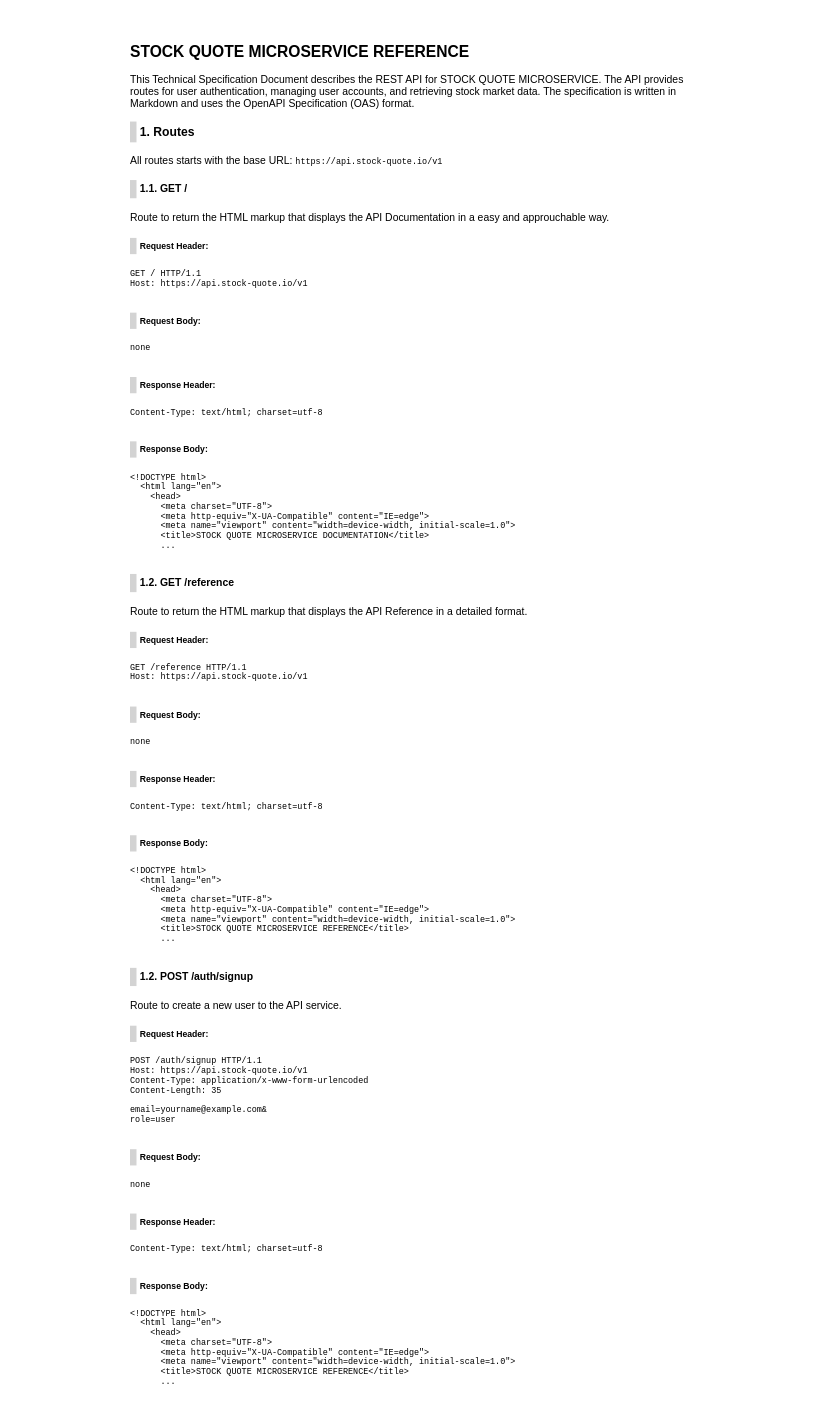
Repository: miguelamello/nest-js
Page: stock-service/reference.html
The author's editor kept a copy of each file at every save. The page is drawn from the files as they stood at one save, then again after a run of saves.
The browser window is 1280 px wide. The pictures show the whole page, at 65% of full size.

Above is the page before, as saved 2023-04-03 14:12:36.

### stock-service/reference.html
<!DOCTYPE html>
<html lang="en">
<head>
  <meta charset="UTF-8">
  <meta http-equiv="X-UA-Compatible" content="IE=edge">
  <meta name="viewport" content="width=device-width, initial-scale=1.0">
  <title>STOCK QUOTE MICROSERVICE REFERENCE</title>
  <style>
    body {
      font-family: Arial, Helvetica, sans-serif;
      padding: 3% 15%;
    }
    h3 {
      padding: 5px;
      border-left: 10px solid lightgrey;
    }
    H4 {
      padding: 5px;
      border-left: 10px solid lightgrey
    }
    H5 {
      padding: 5px;
      border-left: 10px solid lightgrey
    }
    pre {
      margin: 0;
      overflow: auto;
    }
  </style>
</head>
<body>
  <h2>STOCK QUOTE MICROSERVICE REFERENCE</h2>
  <p>
    This Technical Specification Document describes the REST API for STOCK QUOTE MICROSERVICE.
    The API provides routes for user authentication, managing user accounts, and retrieving stock market data.
    The specification is written in Markdown and uses the OpenAPI Specification (OAS) format.
  </p>

  <p>
    <h3>1. Routes</h3>
    <p>
      All routes starts with the base URL: <code>https://api.stock-quote.io/v1</code>
    </p>
  </p>

  <!-- 1.1. GET /  -->
  <p>
    <h4>1.1. GET /</h4>
    Route to return the HTML markup that displays the API
    Documentation in a easy and approuchable way.
  </p>
  <h5>Request Header:</h5>
  <pre>
GET / HTTP/1.1
Host: https://api.stock-quote.io/v1
  </pre>

  <h5>Request Body:</h5>
  <pre>
none
  </pre>

  <h5>Response Header:</h5>
  <pre>
Content-Type: text/html; charset=utf-8
  </pre>

  <h5>Response Body: </h5>

  <pre>
&lt;!DOCTYPE html&gt;
  &lt;html lang="en"&gt;
    &lt;head&gt;
      &lt;meta charset="UTF-8"&gt;
      &lt;meta http-equiv="X-UA-Compatible" content="IE=edge"&gt;
      &lt;meta name="viewport" content="width=device-width, initial-scale=1.0"&gt;
      &lt;title&gt;STOCK QUOTE MICROSERVICE DOCUMENTATION&lt;/title&gt;
      ...
  </pre>

  <!-- 1.2. GET /reference  -->
  <p>
    <h4>1.2. GET /reference</h4>
    Route to return the HTML markup that displays the API
    Reference in a detailed format.
  </p>
  <h5>Request Header:</h5>
  <pre>
GET /reference HTTP/1.1
Host: https://api.stock-quote.io/v1
  </pre>

  <h5>Request Body:</h5>
  <pre>
none
  </pre>

  <h5>Response Header:</h5>
  <pre>
Content-Type: text/html; charset=utf-8
  </pre>

  <h5>Response Body: </h5>

  <pre>
&lt;!DOCTYPE html&gt;
  &lt;html lang="en"&gt;
    &lt;head&gt;
      &lt;meta charset="UTF-8"&gt;
      &lt;meta http-equiv="X-UA-Compatible" content="IE=edge"&gt;
      &lt;meta name="viewport" content="width=device-width, initial-scale=1.0"&gt;
      &lt;title&gt;STOCK QUOTE MICROSERVICE REFERENCE&lt;/title&gt;
      ...
  </pre>

  <!-- 1.2. POST /auth/signup  -->
  <p>
    <h4>1.2. POST /auth/signup</h4>
    Route to create a new user to the API service.
  </p>
  <h5>Request Header:</h5>
  <pre>
POST /auth/signup HTTP/1.1
Host: https://api.stock-quote.io/v1
Content-Type: application/x-www-form-urlencoded
Content-Length: 35

email=yourname@example.com&
role=user
  </pre>

  <h5>Request Body:</h5>
  <pre>
none
  </pre>

  <h5>Response Header:</h5>
  <pre>
Content-Type: text/html; charset=utf-8
  </pre>

  <h5>Response Body: </h5>

  <pre>
&lt;!DOCTYPE html&gt;
  &lt;html lang="en"&gt;
    &lt;head&gt;
      &lt;meta charset="UTF-8"&gt;
      &lt;meta http-equiv="X-UA-Compatible" content="IE=edge"&gt;
      &lt;meta name="viewport" content="width=device-width, initial-scale=1.0"&gt;
      &lt;title&gt;STOCK QUOTE MICROSERVICE REFERENCE&lt;/title&gt;
      ...
  </pre>

</body>
</html>

After the next 3 saves:
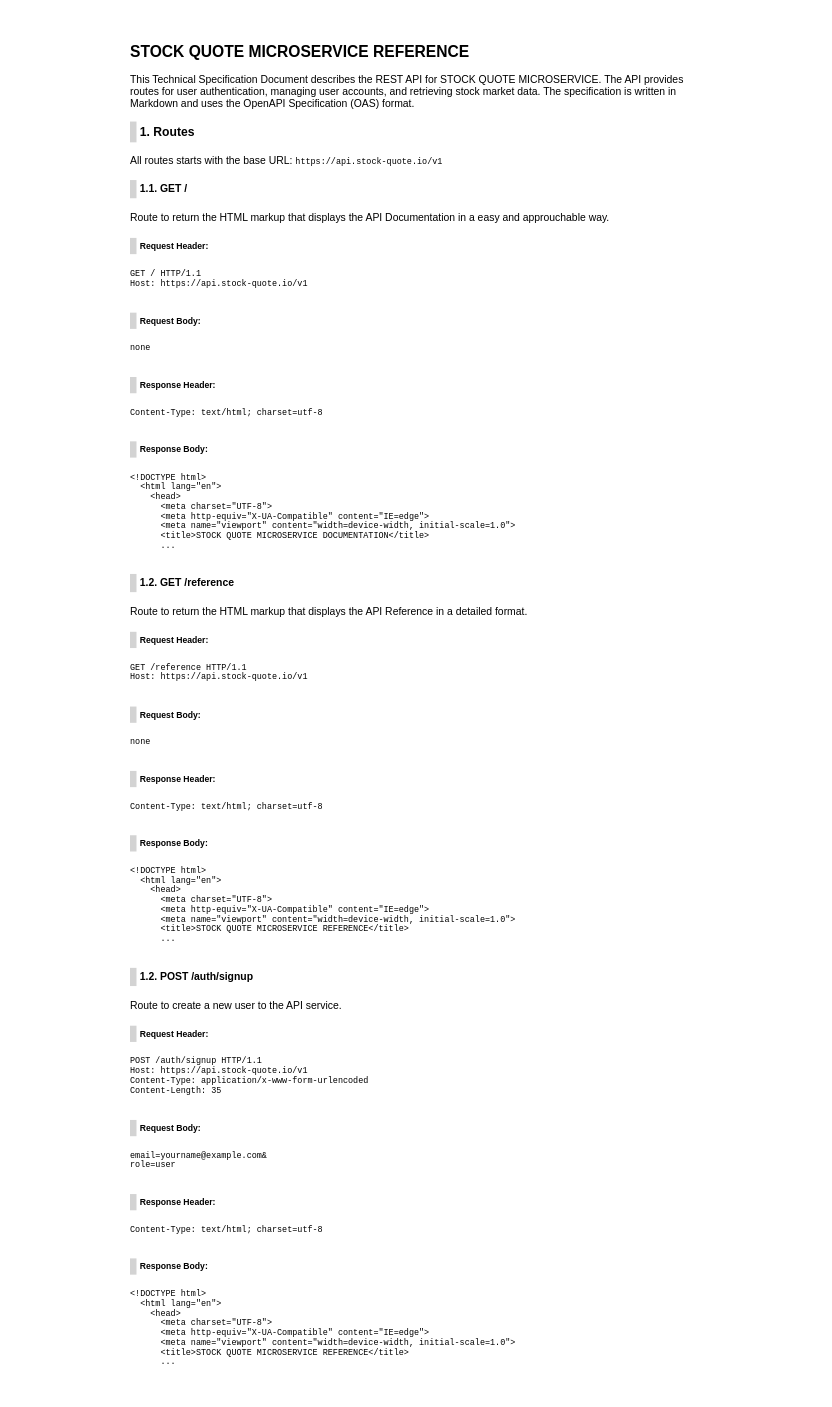
The 3 saves are shown as one change because they came seconds apart.
The last was saved 20 s later.
--- a/stock-service/reference.html
+++ b/stock-service/reference.html
@@ -124,14 +124,12 @@ POST /auth/signup HTTP/1.1
 Host: https://api.stock-quote.io/v1
 Content-Type: application/x-www-form-urlencoded
 Content-Length: 35
-
-email=yourname@example.com&
-role=user
   </pre>
 
   <h5>Request Body:</h5>
   <pre>
-none
+email=yourname@example.com&
+role=user
   </pre>
 
   <h5>Response Header:</h5>
